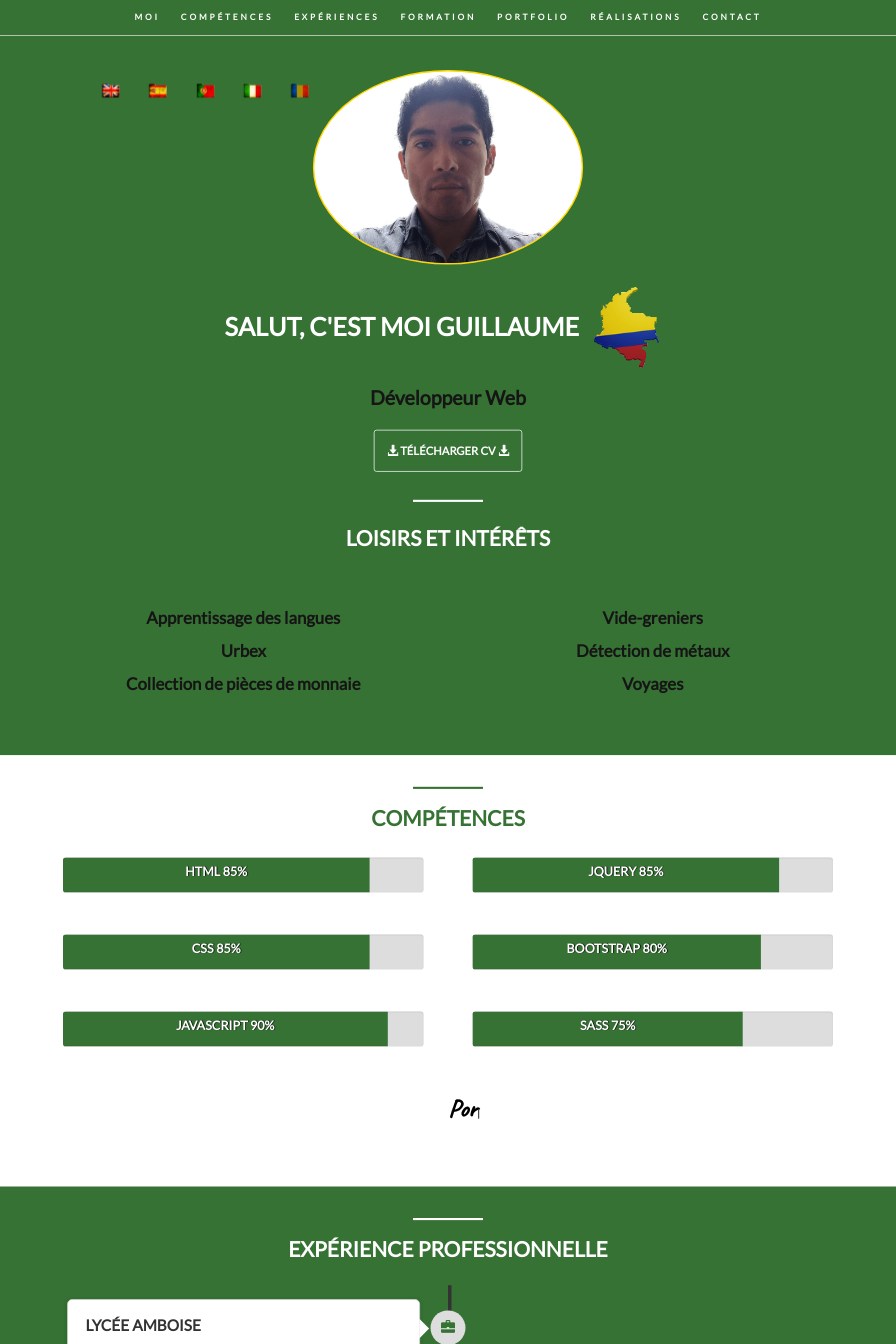
Repository: 0Memo/mon-cv
Page: index.html
The author's editor kept a copy of each file at every save. The page is drawn from the files as they stood at one save, then again after the next save.
The browser window is 1280 px wide. The pictures show the part of the page from y = 0 to 1920 px (the page is 6466 px tall), at 70% of full size.

Above is the page before, as saved 2020-12-30 08:52:30.

After the next save:
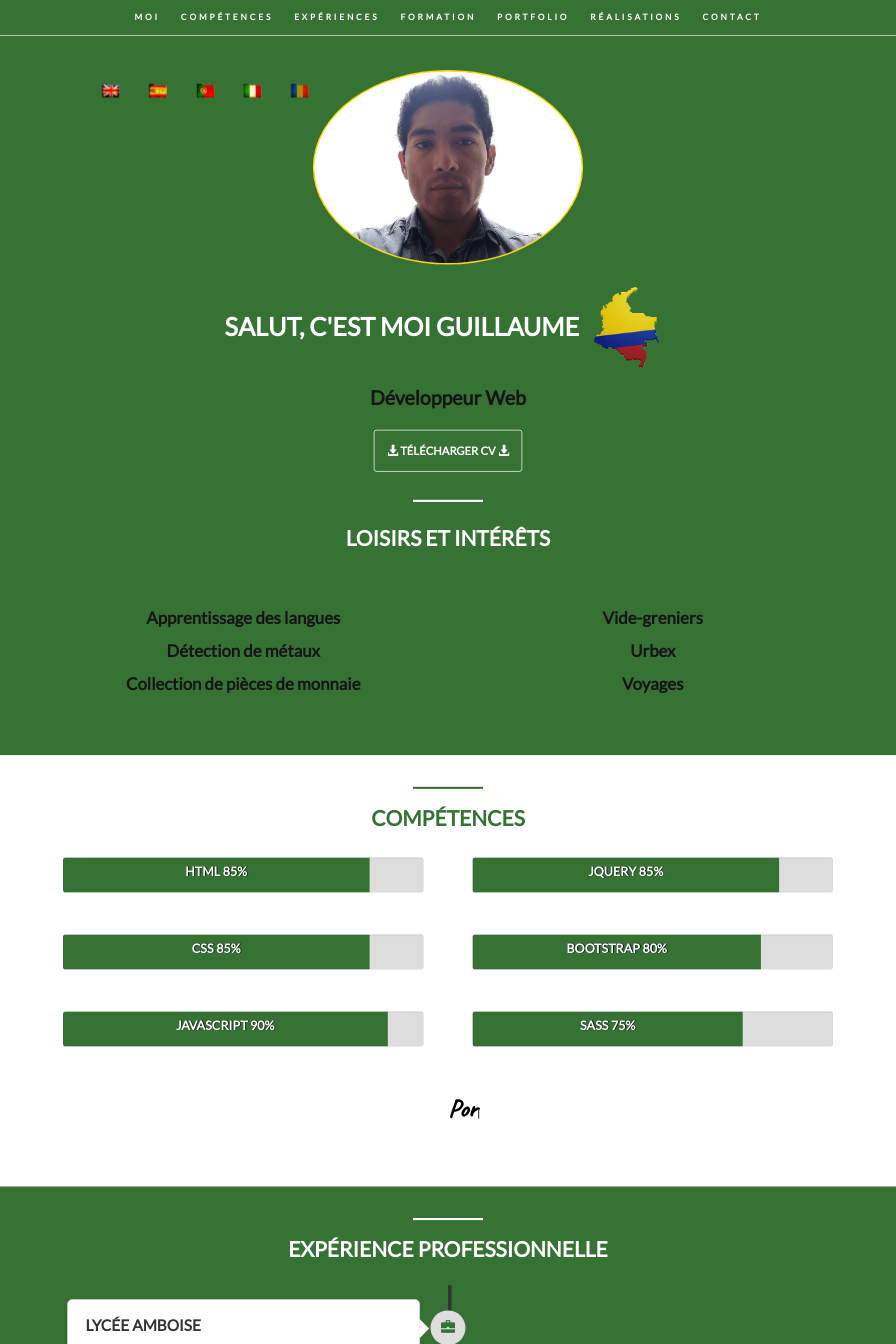
Saved 31 s later.
--- a/index.html
+++ b/index.html
@@ -65,18 +65,18 @@
                             <h3>Apprentissage des langues</h3>
                         </div>
                         <div class="hobbies">
+                            <h3>Détection de métaux</h3>
+                        </div>
+                        <div class="hobbies">
+                            <h3>Collection de pièces de monnaie</h3>
+                        </div>
+                    </div>
+                    <div class="col-12 col-md-6">
+                        <div class="hobbies">
+                            <h3>Vide-greniers</h3>
+                        </div>
+                        <div class="hobbies">
                             <h3>Urbex</h3>
-                        </div>
-                        <div class="hobbies">
-                            <h3>Collection de pièces de monnaie</h3>
-                        </div>
-                    </div>
-                    <div class="col-12 col-md-6">
-                        <div class="hobbies">
-                            <h3>Vide-greniers</h3>
-                        </div>
-                        <div class="hobbies">
-                            <h3>Détection de métaux</h3>
                         </div>
                         <div class="hobbies">
                             <h3>Voyages</h3>
